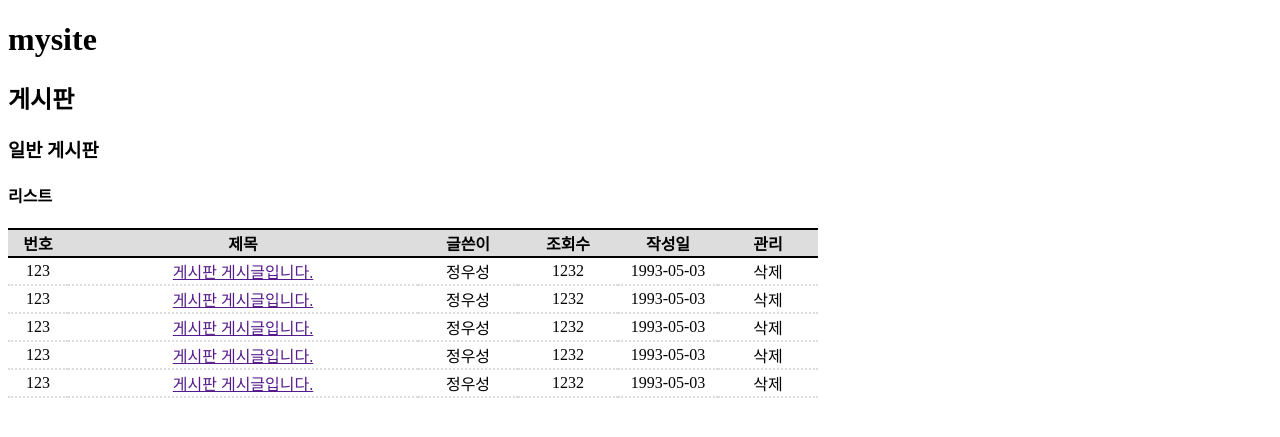
Repository: jeemaru/htme_01
Page: css_02/ex_04-1.html
The author's editor kept a copy of each file at every save. The page is drawn from the files as they stood at one save, then again after the next save.
The browser window is 1280 px wide. The pictures show the whole page.

Above is the page before, as saved 2022-04-07 08:57:56.

### css_02/ex_04-1.html
<!DOCTYPE html>

<html lang="ko"> <!-- 한국어문서만 검색할때, 음성으로 할때 한국어 음성지원 -->
    <head>
        <meta charset="UTF-8"> <!-- 브라우저가 문서를 해석할때 필요한 정보 -->
        <title>스타일시트</title>
        <!-- 스타일시트자리 -->
        <style>
        	table{border-collapse: collapse;
        		  text-align: center;}
        	thead{background-color: #dddddd;
        		  border: 2px solid #000000;
        		  border-right: 0px;
        		  border-left: 0px;}
        	table>tbody>tr>td{border: 2px dotted #dddddd;
        	  				  border-right: 0px;
        	  				  border-left: 0px;}
        	.line{border-bottom: 2px dotted #000000;}

        </style>

    </head>

    <body>
		<h1>mysite</h1>
		<h2>게시판</h2>
		<h3>일반 게시판</h3>
		<h4>리스트</h4>

			<table>
				<colgroup>
					<col style="width: 60px;">
					<col style="width: 350px;">
					<col style="width: 100px;">
					<col style="width: 100px;">
					<col style="width: 100px;">
					<col style="width: 100px;">
				</colgroup>
				<thead>
					<tr>
						<th>번호</th>
						<th>제목</th>
						<th>글쓴이</th>
						<th>조회수</th>
						<th>작성일</th>
						<th>관리</th>
					</tr>
				</thead>
				<tbody>
					<tr>
						<td>123</td>
						<td><a href="">게시판 게시글입니다.</a></td>
						<td>정우성</td>
						<td>1232</td>
						<td>1993-05-03</td>
						<td>삭제</td>
					</tr>
					<tr>
						<td>123</td>
						<td><a href="">게시판 게시글입니다.</a></td>
						<td>정우성</td>
						<td>1232</td>
						<td>1993-05-03</td>
						<td>삭제</td>
					</tr>
					<tr>
						<td>123</td>
						<td><a href="">게시판 게시글입니다.</a></td>
						<td>정우성</td>
						<td>1232</td>
						<td>1993-05-03</td>
						<td>삭제</td>
					</tr>
					<tr>
						<td>123</td>
						<td><a href="">게시판 게시글입니다.</a></td>
						<td>정우성</td>
						<td>1232</td>
						<td>1993-05-03</td>
						<td>삭제</td>
					</tr>
					<tr class="line">
						<td>123</td>
						<td><a href="">게시판 게시글입니다.</a></td>
						<td>정우성</td>
						<td>1232</td>
						<td>1993-05-03</td>
						<td>삭제</td>
					</tr>
				</tbody>
			</table>


    </body>

</html>

After the next save:
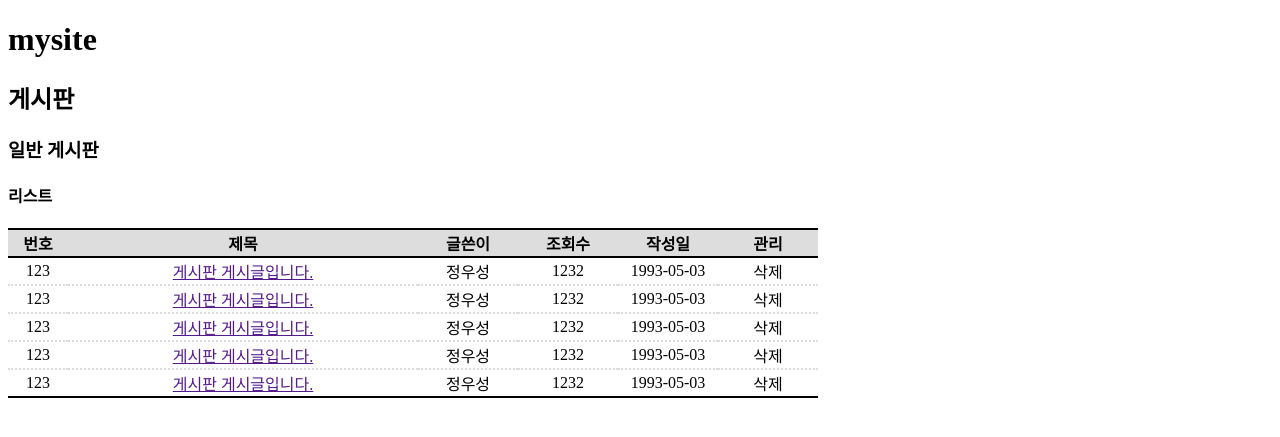
Saved 12 s later.
--- a/css_02/ex_04-1.html
+++ b/css_02/ex_04-1.html
@@ -15,7 +15,7 @@
         	table>tbody>tr>td{border: 2px dotted #dddddd;
         	  				  border-right: 0px;
         	  				  border-left: 0px;}
-        	.line{border-bottom: 2px dotted #000000;}
+        	.line{border-bottom: 2px solid #000000;}
 
         </style>
 
